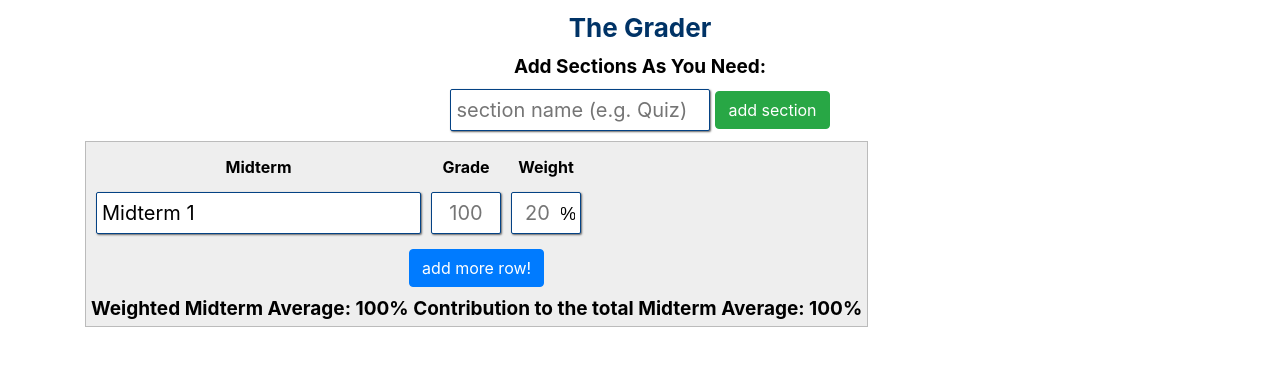
Repository: BarishNamazov/BarishNamazov.github.io
Page: thegrader/index.html
An editor plug-in stored every save of this project. The page is shown before and after the next save, followed by the edit.
The browser window is 1280 px wide. The pictures show the whole page.

Above is the page before, as saved 2020-10-31 18:24:20.

### thegrader/index.html
<!doctype html>
<html lang="en">
  <head>
    <meta charset="utf-8">
    <meta name="viewport" content="width=device-width, initial-scale=1, shrink-to-fit=no">

    <!-- Bootstrap CSS -->
    <link rel="stylesheet" href="https://cdn.jsdelivr.net/npm/bootstrap@4.5.3/dist/css/bootstrap.min.css" integrity="sha384-TX8t27EcRE3e/ihU7zmQxVncDAy5uIKz4rEkgIXeMed4M0jlfIDPvg6uqKI2xXr2" crossorigin="anonymous">

    <!-- Custon CSS -->
    <link rel="stylesheet" href="app.css">

    <title>The Grader</title>
  </head>
  <body>
    <div class="container">
      <div class="row">
        <div class="col-lg-12">
          <h1>The Grader</h1>

          <h3>Add Sections As You Need:</h3>

          <div class="divSectionAdder">
            <input type="text" class="sectionName" placeholder="section name (e.g. Quiz)"><button valign="center" class="btn btn-success sectionAdder" id="sectionAdder">add section</button>
          </div>

          <table class="gradePanel">
            <tbody>
              <tr>
                <td>
                  <table>
                    <tbody>
                      <tr class="rowHeader">
                        <td class="tableHeader tableName"><strong>Midterm</strong></td>
                        <td class="tableHeader"><strong>Grade</strong></td>
                        <td class="tableHeader"><strong>Weight</strong></td>
                      </tr>
                      <tr>
                        <td><input type="text" class="gradeName" value="Midterm 1"></td>
                        <td><input type="text" class="gradeValue" placeholder="100"></td>
                        <td><input type="text" class="gradeWeight percentIcon" placeholder="20"></td>
                      </tr>
                    </tbody>
                  </table>

                  <div class="moreRows"></div>

                  <button class="btn btn-primary rowAdder" id="section1RowAdder">add more row!</button>

                  <div class="gradeBar">
                    <h3>
                      Weighted <span class="nameOfSection">Midterm</span> Average: <span class="sectionAverage">100</span>%
                      Contribution to the total  <span class="nameOfSection">Midterm</span> Average: <span class="sectionAverage">100</span>%
                    </h3>
                  </div>
                </td>
              </tr>
            </tbody>
          </table>
          <div class="moreSections"></div>
        </div>
      </div>
    </div>



    <script src="https://code.jquery.com/jquery-3.5.1.slim.min.js" integrity="sha384-DfXdz2htPH0lsSSs5nCTpuj/zy4C+OGpamoFVy38MVBnE+IbbVYUew+OrCXaRkfj" crossorigin="anonymous"></script>
    <script src="https://cdn.jsdelivr.net/npm/bootstrap@4.5.3/dist/js/bootstrap.bundle.min.js" integrity="sha384-ho+j7jyWK8fNQe+A12Hb8AhRq26LrZ/JpcUGGOn+Y7RsweNrtN/tE3MoK7ZeZDyx" crossorigin="anonymous"></script>
    <script src="https://code.jquery.com/jquery-3.5.1.min.js" integrity="sha256-9/aliU8dGd2tb6OSsuzixeV4y/faTqgFtohetphbbj0=" crossorigin="anonymous"></script>
    <script src="scripts.js"></script>
  </body>
</html>

### thegrader/app.css
body,p,td,div,input,th,li,textarea{font-size:16px;color:#000;}

body{background:#fff;margin:0px;padding:0px;border:0;text-align: center;}

h1 {
  text-align: center;
  color: blue;
}
.divSectionAdder{
  margin: 10px auto;
  display: flex;
  align-items: center;
  justify-content: center;
}
.sectionName{
  margin-right: 5px;
  width: 260px;
}
.gradePanel{
	background:#eee;
	border: solid 1px #bbbbbb;
  padding: 10px;
  margin-bottom: 10px;
}
td{
  padding: 5px;
}

h1{color:#003366;font-size:26px;font-weight:bold;padding:0;margin:12px 0;}
#resulth1{background-color:#ffefe7;padding:0px 5px 0px 5px;border-top:#930 1px dotted;}
h2{font-size:22px;font-weight:bold;color:#003366;padding:0; margin-bottom: 2px;}
h3{font-size:19px;font-weight:bold;}
hr{border:0;color:#aaa;background-color:#aaa;height:1px;}
a{color:#069;text-decoration:underline;}
a:hover{text-decoration:none;}
input{padding: 5px;color:#000;}
select{padding: 4px;color:#000;}
option{font-size:16px;}
input[type=text],
input[type=number],
select {
	border: 1px solid #044284;
	border-radius: 2px;
	box-shadow: 1px 1px 2px #666;
	font-size:20px;
}

.tableHeader{
  text-align: center;
}
.rowHeader{
  height: 40px;
}
.gradeWeight, .gradeValue{
  text-align:center;
  width: 70px;
}
.percentIcon{
	background: white url('media/percent.svg') right 5px center no-repeat;
  padding-right: 22px;
}
.rowAdder{
  margin: 10px auto;
}
h3{
  display: inline;
}

### thegrader/scripts.js
var newRow = "<table><tbody><tr><td><input type=\"text\" class=\"gradeName\" value=\"Midterm X\" autocomplete=\"off\"></td><td><input type=\"text\" class=\"gradeValue\"></td><td><input type=\"text\" class=\"gradeWeight percentIcon\"></td></tr></tbody></table>\n ";

var newSection = "<table class=\"gradePanel\"> <tbody> <tr> <td> <table> <tbody> <tr class=\"rowHeader\"> <td class=\"tableHeader tableName\"><strong>Midterm</strong></td> <td class=\"tableHeader\"><strong>Grade</strong></td> <td class=\"tableHeader\"><strong>Weight</strong></td> </tr> <tr> <td><input type=\"text\" class=\"gradeName\" value=\"Midterm 1\" autocomplete=\"off\"></td> <td><input type=\"text\" class=\"gradeValue\" placeholder=\"100\"></td> <td><input type=\"text\" class=\"gradeWeight percentIcon\" placeholder=\"20\"></td> </tr> </tbody> </table> <div class=\"moreRows\"></div> <button class=\"btn btn-primary rowAdder\">add more row!</button> </td> </tr> </tbody> </table>";

$("input").attr("autocomplete", "off");

if (!String.prototype.splice) {
  String.prototype.splice = function(start, delCount, newSubStr) {
      return this.slice(0, start) + newSubStr + this.slice(start + Math.abs(delCount));
  };
}

var sectionCount = 1;

function rowAdder(){
  var idx = $(this).parents(".gradePanel").find("table").length + 1;
  var namePanel = $(this).parents(".gradePanel").find(".tableName").text();
  var editedRow = newRow.replace("Midterm X", namePanel + " " + idx);
  $(this).parents(".gradePanel").find(".moreRows").before(editedRow);
}
$(".rowAdder").on("click", rowAdder);

function sectionAdder(dir){
  var x = (typeof dir == "string") ? $(dir) : $(this);
  var sectionInputName = $(".sectionName").val();
  if (!sectionInputName) return;
  var editedSection = newSection.replaceAll("Midterm", sectionInputName);

  $(".moreSections").before(editedSection);

  $(".rowAdder").eq(sectionCount++).on("click", rowAdder);

  $(".sectionName").val(null);
}


$(".sectionAdder").on("click", sectionAdder);
$(".sectionName").on("keypress", function(e) {
  if (e.which == 13) {
    sectionAdder(".sectionName");
  }
})

function updateSectionGrade() {
  var section = $(this).parents(".gradePanel");
  var grades = section.find(".gradeValue"), weights = section.find(".gradeWeight");
  var contribution = 0.0;
  for (var i = 0; i < grades.length; i++) {
    // console.log(grades[i]);
    console.log(weights[i]);
    contribution += Number(grades[i].value) * Number(weights[i].value) / 100.0;
  }
  section.find(".sectionAverage").text(contribution);
}

$(".gradeValue").change(updateSectionGrade);
$(".gradeWeight").change(updateSectionGrade);

After the next save:
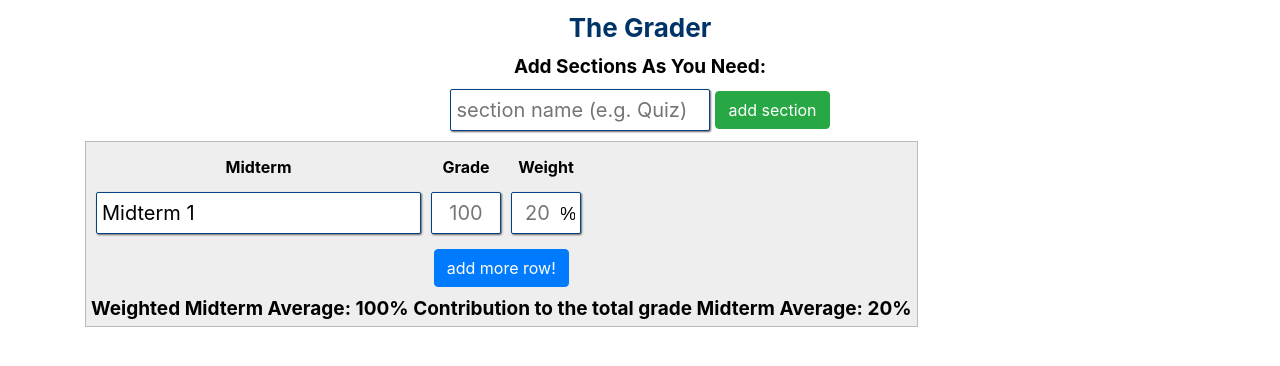
Saved 13 s later.
--- a/thegrader/index.html
+++ b/thegrader/index.html
@@ -50,7 +50,7 @@
                   <div class="gradeBar">
                     <h3>
                       Weighted <span class="nameOfSection">Midterm</span> Average: <span class="sectionAverage">100</span>%
-                      Contribution to the total  <span class="nameOfSection">Midterm</span> Average: <span class="sectionAverage">100</span>%
+                      Contribution to the total grade <span class="nameOfSection">Midterm</span> Average: <span class="sectionContribution">20</span>%
                     </h3>
                   </div>
                 </td>
